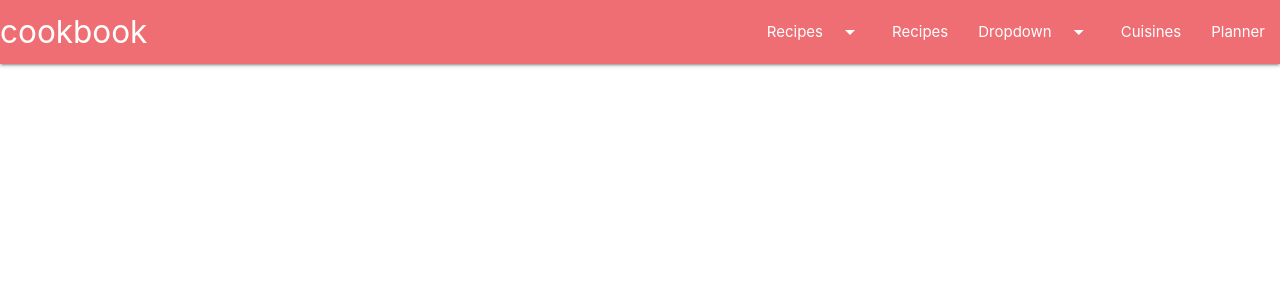
Repository: connor-blackburn/gutsy
Page: http://localhost/
The author's editor kept a record of every edit. The page is drawn from the files as they stood at one moment, then again after the next edit.
The browser window is 1280 px wide. The pictures show the whole page.
Some web libraries are served in a nearby version. The page is served by the project's application, run on Flask 3 (app.py). Queries for data that is not in the repository find no rows.

Above is the page before.

After the next edit:
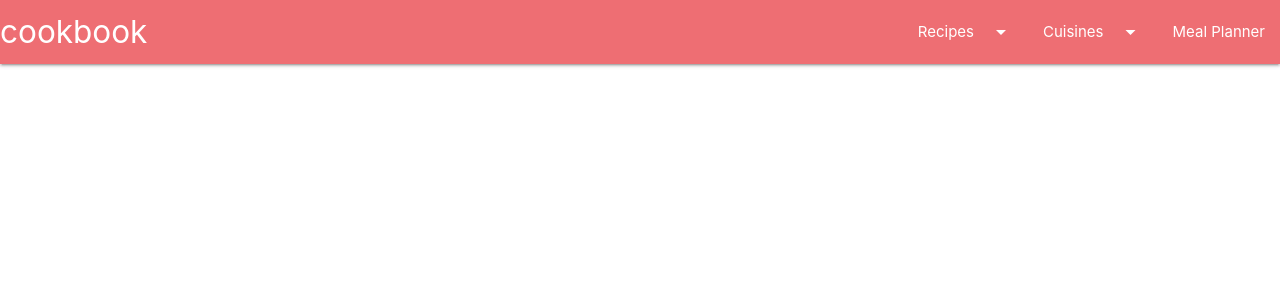
The edit:
--- a/templates/base.html
+++ b/templates/base.html
@@ -27,10 +27,8 @@
                 <a href="#!" class="brand-logo">cookbook</a>
                 <ul class="right hide-on-med-and-down">
                     <li><a class="dropdown-trigger" href="#!" data-target="dropdown2">Recipes<i class="material-icons right">arrow_drop_down</i></a></li>
-                    <li><a href="sass.html">Recipes</a></li>
-                    <li><a class="dropdown-trigger" href="#!" data-target="dropdown2">Dropdown<i class="material-icons right">arrow_drop_down</i></a></li>
-                    <li><a href="badges.html">Cuisines</a></li>
-                    <li><a href="collapsible.html">Planner</a></li>
+                    <li><a class="dropdown-trigger" href="#!" data-target="dropdown2">Cuisines<i class="material-icons right">arrow_drop_down</i></a></li>
+                    <li><a href="collapsible.html">Meal Planner</a></li>
                 </ul>
             </div>
         </nav>
